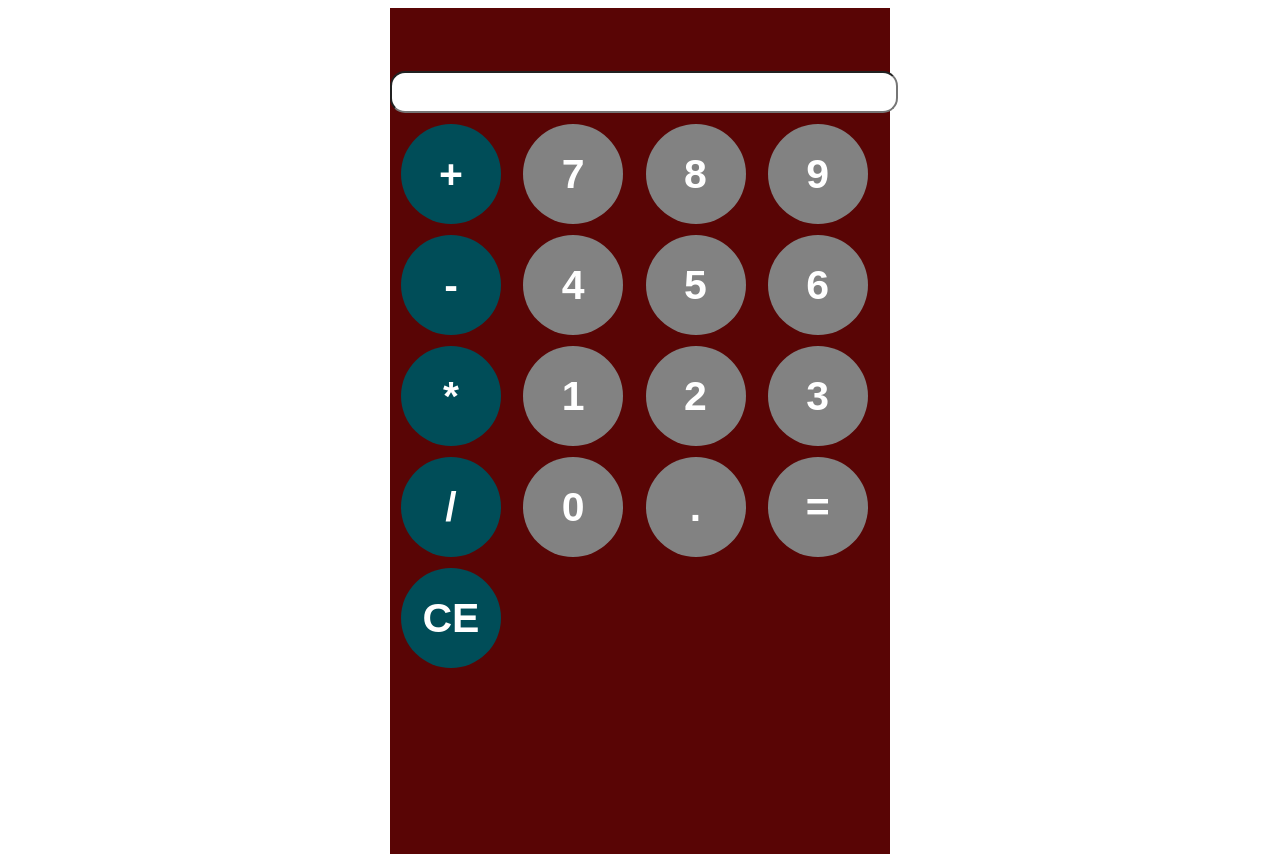
Repository: rkrukshan/JS-Calculator
Page: index.html
The author's editor kept a copy of each file at every save. The page is drawn from the files as they stood at one save, then again after the next save.
The browser window is 1280 px wide. The pictures show the whole page.

Above is the page before, as saved 2024-09-02 13:51:45.

### index.html
<!DOCTYPE html>
<html lang="en">

<head>
    <meta charset="UTF-8">
    <meta name="viewport" content="width=device-width, initial-scale=1.0">
    <title>Document</title>
    <link rel="stylesheet" href="style.css">
</head>

<body>
    <div id="calculator">
        <input id="screen" readonly>
        <div id="buttons">

            <button class="operator" onclick="appendScreen('+')">+</button>
            <button onclick="appendScreen('7')">7</button>
            <button onclick="appendScreen('8')">8</button>
            <button onclick="appendScreen('9')">9</button>
            <button class="operator" onclick="appendScreen('-')">-</button>
            <button onclick="appendScreen('4')">4</button>
            <button onclick="appendScreen('5')">5</button>
            <button onclick="appendScreen('6')">6</button>
            <button class="operator" onclick="appendScreen('*')">*</button>
            <button onclick="appendScreen('1')">1</button>
            <button onclick="appendScreen('2')">2</button>
            <button onclick="appendScreen('3')">3</button>
            <button class="operator" onclick="appendScreen('/')">/</button>
            <button onclick="appendScreen('0')">0</button>
            <button onclick="appendScreen('.')">.</button>
            <button onclick="appendScreen('=')">=</button>
            <button class="operator" onclick="appendScreen('CE')">CE</button>


        </div>
    </div>
</body>

</html>

### style.css
#calculator {
  display: flexbox;
  align-items: center;
  height: 100vh;
  justify-content: center;
  border: none;
  max-width: 500px;
  margin: auto;
  padding: 5% 0;
  background-color:rgb(89, 5, 5)
}
#screen {
  width: 100%;
  height: 5%;
  color: white;
  border-radius: 15px;
}
#buttons {
  display: grid;
  grid-template-columns: repeat(4, 1fr);
  align-items: center;
  justify-content: center;
  gap: 11px;
  padding: 11px;
}
button {
  width: 100px;
  height: 100px;
  border-radius: 50px;
  color: white;
  background-color: hsl(0, 0%, 51%);
  font-size: 41px;
  font-weight: bold;
  cursor: pointer;
  border: none;
}
button:active {
  background-color: hsl(0, 1%, 45%);
  box-shadow: 1px 1px 15px rgb(100, 206, 241);
}

.operator {
  background-color: rgb(0, 77, 88);
}
.operator:active {
  background-color: hsla(188, 96%, 22%, 0.466);
  box-shadow: 1px 1px 15px rgb(100, 206, 255);
}

After the next save:
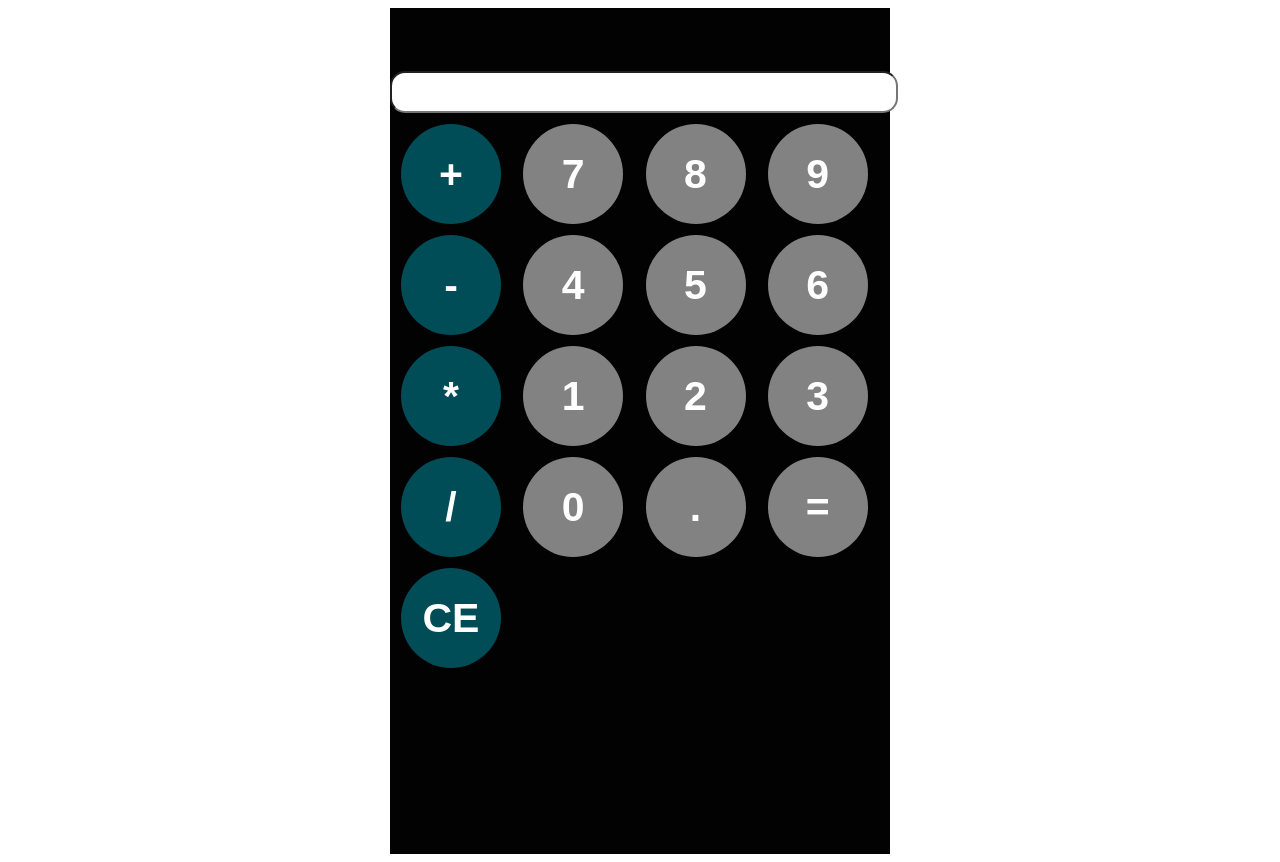
Saved 5 s later.
--- a/style.css
+++ b/style.css
@@ -7,7 +7,7 @@
   max-width: 500px;
   margin: auto;
   padding: 5% 0;
-  background-color:rgb(89, 5, 5)
+  background-color:rgb(2, 2, 2)
 }
 #screen {
   width: 100%;
